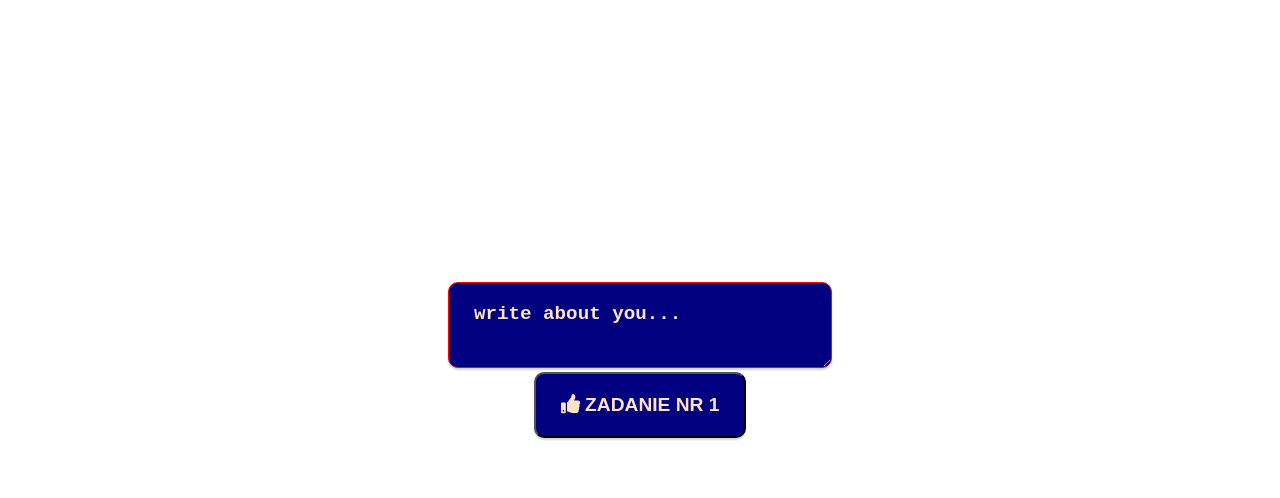
Repository: KrzysKolo/sr_tydzien3_zad_1_2_3
Page: /
The author's editor kept a copy of each file at every save. The page is drawn from the files as they stood at one save, then again after the next save.
The browser window is 1280 px wide. The pictures show the whole page.
The project was rebuilt for these pictures with package versions that can differ from the ones it lists, and the page was loaded fresh each time.

Above is the page before, as saved 2020-11-02 16:42:35.

### src/App.js
import React,  { Component } from 'react';
import Button from './components/Form/Button';
import Textarea from './components/Form/Textarea';
import { faThumbsUp } from "@fortawesome/free-solid-svg-icons";
import './App.css';

class App extends Component {
  state = {  }

  render() {

    return (
      <div className="app">
        <Textarea bgColor="navy" color="bisque" borderSize="20px" borderRadius="10px" borderColor="red" value="write about you..." />
        <Button  bgColor="navy" color="bisque" label="Zadanie nr 1" icon={faThumbsUp}/>
      </div>
     );
  }
}

export default App;

### src/components/Form/Button.js
import React from 'react';
import styled from 'styled-components';
import { FontAwesomeIcon } from '@fortawesome/react-fontawesome';
import { faAngellist } from '@fortawesome/free-brands-svg-icons';

const Button = ({label, color, bgColor, icon}) => {
    const Button = styled.button`
    background-color: ${[bgColor]};
    border-radius: 10px;
    box-shadow: 0px 2px 2px lightgray;
    color: ${[color]};
    cursor: pointer;
    font-weight: bold;
    font-size: 1.2rem;
    outline: 0;
    padding: 20px 25px;
    text-transform: uppercase;
    transition: ease background-color, color 0.6s;
    &:hover {
        background-color: ${[color]};
        color: ${[bgColor]};
    }
    `;
    return (

        <div>
            <Button >
                <FontAwesomeIcon icon={icon} /> {label}
            </Button>
        </div>
     );
}
Button.defaultProps = {
    bgColor: "#1B1464",
    color: "#FFC312",
    label: "Click me",
    icon: faAngellist,
}

export default Button;

### src/components/Form/Textarea.js
import React from 'react';
import styled from 'styled-components';


const Textarea = ({value, color, bgColor, borderSize, borderRadius, borderColor}) => {
    const Textarea = styled.textarea`
    background-color: ${bgColor};
    border-color: ${borderColor};
    border-radius: ${borderRadius};
    border-size: ${borderSize};
    box-shadow: 0px 2px 2px lightgray;
    color: ${color};
    font-weight: bold;
    font-size: 1.2rem;
    height: 45vh
    outline: 0;
    padding: 20px 25px;
    width: 30vw;

    `;
    return (

        <div>
            <Textarea value={ value }/>
        </div>
     );
}
Textarea.defaultProps = {
    bgColor: "#1B1464",
    borderColor: "#7a7a7a",
    borderRadius: 5,
    borderSize: 2,
    color: "#FFC312",
    value: "write...",
    }

export default Textarea;

### src/App.css
* {
  padding: 0;
  margin: 0;
  box-sizing: border-box;
}
.app {
  display: flex;
  flex-direction: column;
  justify-content: center;
  align-items: center;
  height: 100vh;
}

Loaded but not shown: public/index.html (common file); src/index.js (common file); src/index.css (common file)

After the next save:
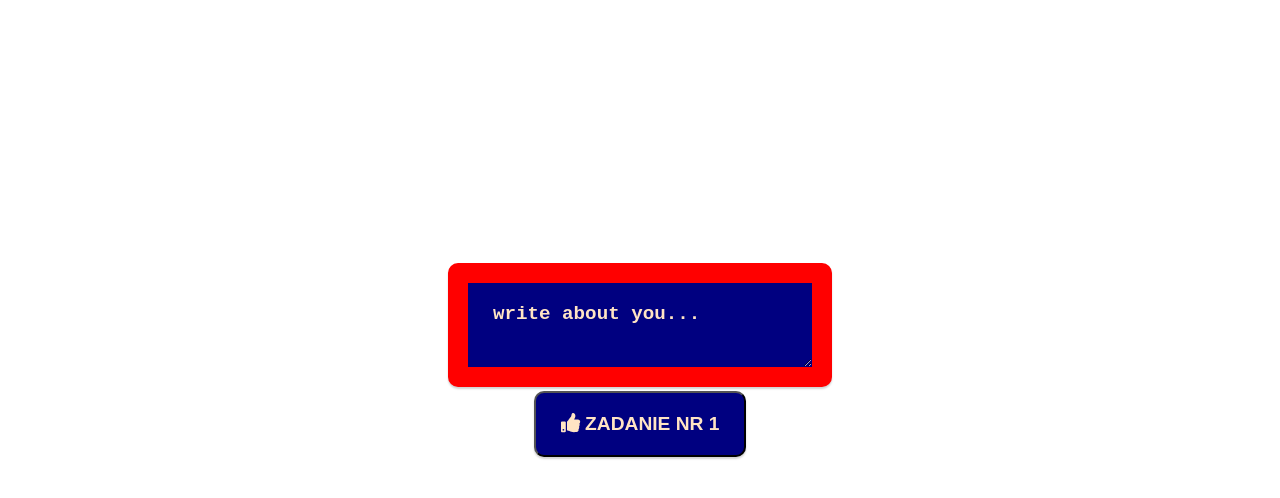
Saved 115 s later.
--- a/src/components/Form/Textarea.js
+++ b/src/components/Form/Textarea.js
@@ -5,9 +5,8 @@ import styled from 'styled-components';
 const Textarea = ({value, color, bgColor, borderSize, borderRadius, borderColor}) => {
     const Textarea = styled.textarea`
     background-color: ${bgColor};
-    border-color: ${borderColor};
     border-radius: ${borderRadius};
-    border-size: ${borderSize};
+    border: ${borderSize} solid ${borderColor};;
     box-shadow: 0px 2px 2px lightgray;
     color: ${color};
     font-weight: bold;
